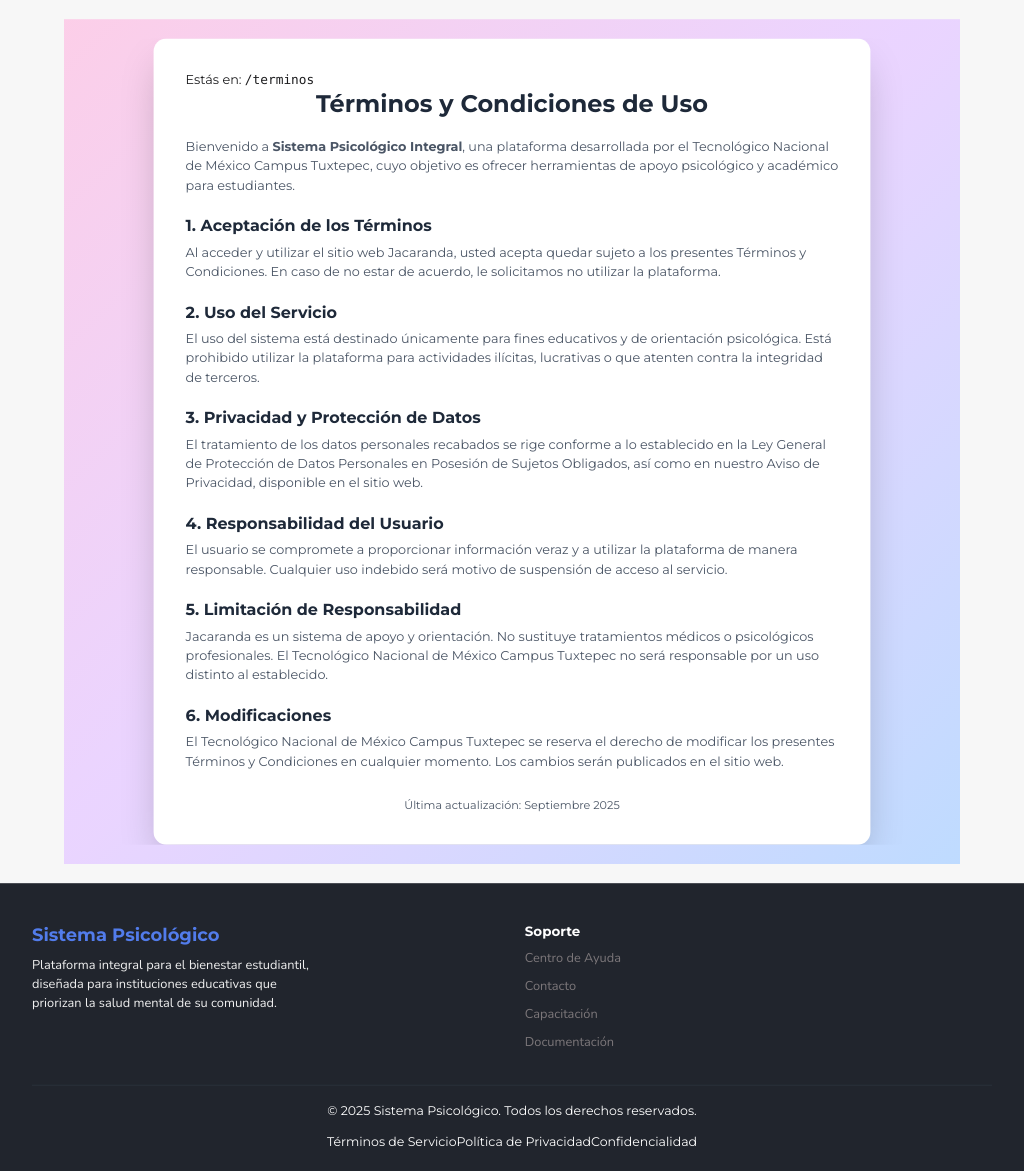
Repository: moon1710/SistemaPsico
Page: /terminos (app in client/)
The author's editor kept a copy of each file at every save. The page is drawn from the files as they stood at one save, then again after the next save.
The browser window is 1280 px wide. The pictures show the whole page, at 80% of full size.
The project was rebuilt for these pictures with package versions that can differ from the ones it lists, and the page was loaded fresh each time. Also part of the build but not shown: client/vite.config.js, client/src/components/onboarding/onboardingConfig.js, client/src/components/onboarding/TutorialSteps.jsx, client/src/components/onboarding/WelcomeForm.jsx, client/src/components/onboarding/OnboardingModal.jsx, client/src/components/layout/AdaptiveSidebar/sidebarConfig.jsx, client/src/components/layout/AdaptiveSidebar/MenuItem.jsx, client/src/components/layout/AdaptiveSidebar/SidebarHeader.jsx and 40 more.

Above is the page before, as saved 2025-09-22 15:33:08.

### client/index.html
<!doctype html>
<html lang="en">
  <head>
    <meta charset="UTF-8" />
    <link rel="icon" type="image/svg+xml" href="/idea.png" />
    <meta name="viewport" content="width=device-width, initial-scale=1.0" />
    <title>Sistema Psicológico</title>
  </head>
  <body>
    <div id="root"></div>
    <script type="module" src="/src/main.jsx"></script>
  </body>
</html>

### client/src/App.jsx
import React from "react";
import { Routes, Route } from "react-router-dom";
import { useAuth } from "./contexts/AuthContext";

// Importar el provider y componentes del onboarding
import { OnboardingProvider } from "./contexts/OnboardingContext";
import OnboardingModal from "./components/onboarding/OnboardingModal";

import Layout from "./components/layout/Layout";
import PublicLayout from "./components/layout/PublicLayout";

import ProtectedRoute, {
  PublicOnlyRoute,
  PsychologyStaffRoute,
} from "./components/auth/ProtectedRoute";

import LandingPage from "./pages/LandingPage";
import LoginPage from "./pages/LoginPage";
import DashboardPage from "./pages/DashboardPage";

//Paginas de Info
import AboutUsPage from "./pages/AboutUsPage";
import HelpPage from "./pages/HelpPage";
import DocsPage from "./pages/DocsPage";
import TerminosPage from "./pages/TerminosPage";
import PrivacidadPage from "./pages/PrivacidadPage";
import ConfidencialidadPage from "./pages/ConfidencialidadPage";

//QuizzesPages
import PublicQuizzesPage from "./pages/quizzes/PublicQuizzesPage";
import TakeQuizPage from "./pages/quizzes/TakeQuizPage";
import MyResultsPage from "./pages/quizzes/MyResultsPage";
import AdminResultsPage from "./pages/quizzes/AdminResultsPage";
import AnalyticsPage from "./pages/quizzes/AnalyticsPage";

//AppointmentPages
import BookAppointmentPage from "./pages/citas/BookAppointmentPage";
import AgendaPage from "./pages/citas/AgendaPage";
import AvailabilityPage from "./pages/citas/AvailabilityPage";
import AppointmentDetailPage from "./pages/citas/AppointmentDetailPage";
import AdminAppointmentsPage from "./pages/citas/AdminAppointmentsPage";

import { ROUTES } from "./utils/constants";
import "./App.css";

function App() {
  const { isLoading } = useAuth();

  if (isLoading) {
    return (
      <div className="min-h-screen flex items-center justify-center bg-gray-50">
        <div className="text-center">
          <div className="animate-spin rounded-full h-12 w-12 border-b-2 border-blue-600 mx-auto mb-4"></div>
          <p className="text-gray-600">Cargando aplicación...</p>
        </div>
      </div>
    );
  }

  return (
    <OnboardingProvider>
      {/* Modal de Onboarding - Se mostrará automáticamente cuando sea la primera vez */}
      <OnboardingModal />
      <Routes>
      {/* Públicas solo para NO autenticados */}
      <Route
        path="/"
        element={
          <PublicOnlyRoute>
            <LandingPage />
          </PublicOnlyRoute>
        }
      />
      <Route
        path={ROUTES.LOGIN}
        element={
          <PublicOnlyRoute>
            <LoginPage />
          </PublicOnlyRoute>
        }
      />

      {/* Públicas ABIERTAS */}
      <Route
        path={ROUTES.ABOUTUS}
        element={
          <PublicLayout>
            <AboutUsPage />
          </PublicLayout>
        }
      />
      <Route
        path={ROUTES.HELP}
        element={
          <PublicLayout>
            <HelpPage />
          </PublicLayout>
        }
      />
      <Route
        path={ROUTES.TERMINOS}
        element={
          <PublicLayout>
            <TerminosPage />
          </PublicLayout>
        }
      />
      <Route
        path={ROUTES.PRIVACIDAD}
        element={
          <PublicLayout>
            <PrivacidadPage />
          </PublicLayout>
        }
      />
      <Route
        path={ROUTES.DOCUMENTACION}
        element={
          <PublicLayout>
            <DocsPage />
          </PublicLayout>
        }
      />
      <Route
        path={ROUTES.CONFINDENCIALIDAD}
        element={
          <PublicLayout>
            <ConfidencialidadPage />
          </PublicLayout>
        }
      />
      {/* Alias opcional correcto */}
      <Route
        path={ROUTES.CONFIDENCIALIDAD_ALIAS}
        element={
          <PublicLayout>
            <ConfidencialidadPage />
          </PublicLayout>
        }
      />

      {/* Quizzes (protegidas) */}
      <Route
        path={ROUTES.QUIZ_CONTESTAR}
        element={
          <ProtectedRoute>
            <Layout>
              <PublicQuizzesPage />
            </Layout>
          </ProtectedRoute>
        }
      />
      <Route
        path={ROUTES.QUIZ_CONTESTAR_DETALLE}
        element={
          <ProtectedRoute>
            <Layout>
              <TakeQuizPage />
            </Layout>
          </ProtectedRoute>
        }
      />
      <Route
        path={ROUTES.MIS_RESULTADOS}
        element={
          <ProtectedRoute>
            <Layout>
              <MyResultsPage />
            </Layout>
          </ProtectedRoute>
        }
      />
      <Route
        path={ROUTES.QUIZ_RESULTADOS_ADMIN}
        element={
          <ProtectedRoute requiredRoles={['PSICOLOGO', 'ORIENTADOR', 'ADMIN_INSTITUCION', 'SUPER_ADMIN_INSTITUCION', 'SUPER_ADMIN_NACIONAL']}>
            <Layout>
              <AdminResultsPage />
            </Layout>
          </ProtectedRoute>
        }
      />
      <Route
        path={ROUTES.QUIZ_ANALYTICS_ADMIN}
        element={
          <ProtectedRoute requiredRoles={['PSICOLOGO', 'ORIENTADOR', 'ADMIN_INSTITUCION', 'SUPER_ADMIN_INSTITUCION', 'SUPER_ADMIN_NACIONAL']}>
            <Layout>
              <AnalyticsPage />
            </Layout>
          </ProtectedRoute>
        }
      />

      {/* Appointment Routes */}
      {/* Student - Book Appointment */}
      <Route
        path={ROUTES.AGENDAR_CITA}
        element={
          <ProtectedRoute requiredRoles={['ESTUDIANTE']}>
            <Layout>
              <BookAppointmentPage />
            </Layout>
          </ProtectedRoute>
        }
      />

      {/* Appointment Detail - Accessible by students and psychologists */}
      <Route
        path={ROUTES.CITA_DETALLE}
        element={
          <ProtectedRoute requiredRoles={['ESTUDIANTE', 'PSICOLOGO']}>
            <Layout>
              <AppointmentDetailPage />
            </Layout>
          </ProtectedRoute>
        }
      />

      {/* Psychologist - Agenda */}
      <Route
        path={ROUTES.AGENDA}
        element={
          <ProtectedRoute requiredRoles={['PSICOLOGO']}>
            <Layout>
              <AgendaPage />
            </Layout>
          </ProtectedRoute>
        }
      />

      {/* Psychologist - Availability Configuration */}
      <Route
        path={ROUTES.DISPONIBILIDAD}
        element={
          <ProtectedRoute requiredRoles={['PSICOLOGO']}>
            <Layout>
              <AvailabilityPage />
            </Layout>
          </ProtectedRoute>
        }
      />

      {/* Admin - Appointments Management */}
      <Route
        path={ROUTES.CITAS_ADMIN}
        element={
          <ProtectedRoute requiredRoles={['ADMIN_INSTITUCION', 'SUPER_ADMIN_INSTITUCION', 'SUPER_ADMIN_NACIONAL']}>
            <Layout>
              <AdminAppointmentsPage />
            </Layout>
          </ProtectedRoute>
        }
      />

      {/* Protegidas */}
      <Route
        path={ROUTES.DASHBOARD}
        element={
          <ProtectedRoute>
            <Layout>
              <DashboardPage />
            </Layout>
          </ProtectedRoute>
        }
      />
      </Routes>
    </OnboardingProvider>
  );
}

export default App;

### client/src/contexts/OnboardingContext.jsx
// client/src/contexts/OnboardingContext.jsx
import React, { createContext, useContext, useState, useEffect } from "react";
import { useAuth } from "./AuthContext";

const OnboardingContext = createContext();

export const useOnboarding = () => {
  const context = useContext(OnboardingContext);
  if (!context) {
    throw new Error("useOnboarding debe usarse dentro de OnboardingProvider");
  }
  return context;
};

export const OnboardingProvider = ({ children }) => {
  const { user, setUser } = useAuth();
  const [isFirstTime, setIsFirstTime] = useState(false);
  const [showOnboarding, setShowOnboarding] = useState(false);
  const [currentStep, setCurrentStep] = useState(0);
  const [onboardingCompleted, setOnboardingCompleted] = useState(false);

  // Clave para localStorage basada en el usuario
  const getStorageKey = () => {
    return user?.id ? `onboarding_completed_${user.id}` : null;
  };

  // Verificar si es primera vez del usuario
  useEffect(() => {
    if (user?.id) {
      // PRIORIDAD TOTAL al campo perfilCompletado de la BD
      const profileCompleted = user.perfilCompletado === 1 || user.perfilCompletado === true;

      console.log('🔍 [OnboardingContext] Verificando estado:', {
        userId: user.id,
        perfilCompletado: user.perfilCompletado,
        profileCompleted,
        shouldShowModal: !profileCompleted
      });

      if (!profileCompleted) {
        // Perfil NO completado -> mostrar modal
        setIsFirstTime(true);
        setShowOnboarding(true);
        setOnboardingCompleted(false);
        console.log('📝 [OnboardingContext] Mostrando modal de onboarding');
      } else {
        // Perfil completado -> no mostrar modal
        setIsFirstTime(false);
        setShowOnboarding(false);
        setOnboardingCompleted(true);
        console.log('✅ [OnboardingContext] Perfil ya completado, ocultando modal');
      }
    }
  }, [user?.id, user?.perfilCompletado]);

  // Refrescar datos del usuario desde el servidor
  const refreshUserProfile = async () => {
    try {
      const token = localStorage.getItem('auth_token');
      if (!token) return;

      const response = await fetch('/api/auth/profile', {
        method: 'GET',
        headers: {
          'Authorization': `Bearer ${token}`,
          'Content-Type': 'application/json',
        },
        credentials: 'include',
      });

      if (response.ok) {
        const result = await response.json();
        if (result.success && result.data?.user) {
          const freshUser = result.data.user;
          setUser(freshUser);
          console.log('🔄 [OnboardingContext] Usuario refrescado desde servidor:', freshUser);

          // También actualizar localStorage
          localStorage.setItem('user_data', JSON.stringify(freshUser));
          return freshUser;
        }
      }
    } catch (error) {
      console.error('❌ [OnboardingContext] Error refrescando usuario:', error);
    }
    return null;
  };

  // Marcar onboarding como completado
  const completeOnboarding = async () => {
    if (user?.id) {
      const storageKey = getStorageKey();
      localStorage.setItem(storageKey, "true");
      setOnboardingCompleted(true);
      setShowOnboarding(false);
      setIsFirstTime(false);

      // IMPORTANTE: Obtener datos frescos del servidor en lugar de solo actualizar localmente
      console.log('🔄 [OnboardingContext] Refrescando datos del usuario desde servidor...');
      const freshUser = await refreshUserProfile();

      if (freshUser) {
        console.log('✅ [OnboardingContext] Usuario actualizado con datos frescos');
      } else {
        // Fallback: actualizar localmente si falla la petición
        const updatedUser = {
          ...user,
          perfilCompletado: 1
        };
        setUser(updatedUser);
        console.log('⚠️ [OnboardingContext] Fallback: Usuario actualizado localmente');
      }
    }
  };

  // Reiniciar onboarding (para testing o reactivar)
  const resetOnboarding = () => {
    if (user?.id) {
      const storageKey = getStorageKey();
      localStorage.removeItem(storageKey);
      setOnboardingCompleted(false);
      setIsFirstTime(true);
      setShowOnboarding(true);
      setCurrentStep(0);
    }
  };

  // Navegar entre pasos
  const nextStep = () => {
    setCurrentStep((prev) => prev + 1);
  };

  const prevStep = () => {
    setCurrentStep((prev) => Math.max(0, prev - 1));
  };

  const goToStep = (step) => {
    setCurrentStep(step);
  };

  // Cerrar onboarding sin completar
  const closeOnboarding = () => {
    setShowOnboarding(false);
  };

  const value = {
    isFirstTime,
    showOnboarding,
    currentStep,
    onboardingCompleted,
    completeOnboarding,
    resetOnboarding,
    nextStep,
    prevStep,
    goToStep,
    closeOnboarding,
    user,
  };

  return (
    <OnboardingContext.Provider value={value}>
      {children}
    </OnboardingContext.Provider>
  );
};

### client/src/components/layout/PublicLayout.jsx
// components/layout/PublicLayout.jsx
import Footer from "./Footer";

export default function PublicLayout({ children }) {
  return (
    <div className="min-h-screen bg-[#f7f7f7] text-[#1d1d1f]">
      <main className="max-w-6xl mx-auto px-4 py-6">{children}</main>
      <Footer />
    </div>
  );
}

### client/src/pages/TerminosPage.jsx
// src/pages/TerminosPage.jsx
import { useLocation } from "react-router-dom";

export default function TerminosPage() {
  const { pathname } = useLocation();

  return (

      <div className="min-h-screen flex items-center justify-center bg-gradient-to-br from-pink-200 via-purple-200 to-blue-200 p-6">
        <section className="hero-section">
      <div className="bg-white shadow-2xl rounded-2xl max-w-4xl w-full p-10 overflow-y-auto">
        Estás en: <code>{pathname}</code>
        <h1 className="text-3xl font-bold text-center text-gray-800 mb-6">
          Términos y Condiciones de Uso
        </h1>

        <p className="text-gray-600 mb-4">
          Bienvenido a <strong>Sistema Psicológico Integral</strong>, una plataforma desarrollada
          por el Tecnológico Nacional de México Campus Tuxtepec, cuyo objetivo
          es ofrecer herramientas de apoyo psicológico y académico para
          estudiantes.
        </p>

        <h2 className="text-xl font-semibold text-gray-800 mt-6 mb-2">
          1. Aceptación de los Términos
        </h2>
        <p className="text-gray-600 mb-4">
          Al acceder y utilizar el sitio web Jacaranda, usted acepta quedar
          sujeto a los presentes Términos y Condiciones. En caso de no estar de
          acuerdo, le solicitamos no utilizar la plataforma.
        </p>

        <h2 className="text-xl font-semibold text-gray-800 mt-6 mb-2">
          2. Uso del Servicio
        </h2>
        <p className="text-gray-600 mb-4">
          El uso del sistema está destinado únicamente para fines educativos y
          de orientación psicológica. Está prohibido utilizar la plataforma para
          actividades ilícitas, lucrativas o que atenten contra la integridad de
          terceros.
        </p>

        <h2 className="text-xl font-semibold text-gray-800 mt-6 mb-2">
          3. Privacidad y Protección de Datos
        </h2>
        <p className="text-gray-600 mb-4">
          El tratamiento de los datos personales recabados se rige conforme a
          lo establecido en la Ley General de Protección de Datos Personales en
          Posesión de Sujetos Obligados, así como en nuestro Aviso de
          Privacidad, disponible en el sitio web.
        </p>

        <h2 className="text-xl font-semibold text-gray-800 mt-6 mb-2">
          4. Responsabilidad del Usuario
        </h2>
        <p className="text-gray-600 mb-4">
          El usuario se compromete a proporcionar información veraz y a utilizar
          la plataforma de manera responsable. Cualquier uso indebido será
          motivo de suspensión de acceso al servicio.
        </p>

        <h2 className="text-xl font-semibold text-gray-800 mt-6 mb-2">
          5. Limitación de Responsabilidad
        </h2>
        <p className="text-gray-600 mb-4">
          Jacaranda es un sistema de apoyo y orientación. No sustituye
          tratamientos médicos o psicológicos profesionales. El Tecnológico
          Nacional de México Campus Tuxtepec no será responsable por un uso
          distinto al establecido.
        </p>

        <h2 className="text-xl font-semibold text-gray-800 mt-6 mb-2">
          6. Modificaciones
        </h2>
        <p className="text-gray-600 mb-4">
          El Tecnológico Nacional de México Campus Tuxtepec se reserva el
          derecho de modificar los presentes Términos y Condiciones en cualquier
          momento. Los cambios serán publicados en el sitio web.
        </p>

        <p className="text-gray-600 mt-8 text-sm text-center">
          Última actualización: Septiembre 2025
        </p>
      </div>
      </section>
    </div>
  );
}

### client/src/components/layout/Footer.jsx
import { Link } from "react-router-dom";
import { ROUTES } from "../../utils/constants";

export default function Footer() {
  return (
    <footer className="footer">
      <div className="footer-inner">
        <div className="footer-main">
          <div>
            <h3 className="footer-title">Sistema Psicológico</h3>
            <p className="footer-desc">
              Plataforma integral para el bienestar estudiantil, diseñada para
              instituciones educativas que priorizan la salud mental de su
              comunidad.
            </p>
          </div>

          <div>
            <h4
              className="footer-title"
              style={{ color: "#fff", fontWeight: 600, fontSize: "1.05rem" }}
            >
              Soporte
            </h4>
            <ul className="footer-links">
              <li>
                <Link to={ROUTES.HELP}>Centro de Ayuda</Link>
              </li>
              <li>
                <Link to={ROUTES.ABOUTUS}>Contacto</Link>
              </li>
              <li>
                <Link to={ROUTES.DOCUMENTACION}>Capacitación</Link>
              </li>
              <li>
                <Link to={ROUTES.DOCUMENTACION}>Documentación</Link>
              </li>
            </ul>
          </div>
        </div>

        <div className="footer-bottom">
          <p>
            © {new Date().getFullYear()} Sistema Psicológico. Todos los derechos
            reservados.
          </p>
          <div className="footer-bottom-links">
            <Link to={ROUTES.TERMINOS}>Términos de Servicio</Link>
            <Link to={ROUTES.PRIVACIDAD}>Política de Privacidad</Link>
            <Link to={ROUTES.CONFINDENCIALIDAD}>Confidencialidad</Link>
          </div>
        </div>
      </div>
    </footer>
  );
}

Loaded but not shown: client/src/main.jsx (common file); client/src/App.css (common file); client/src/utils/constants.js (213 lines, source omitted); client/src/services/authService.js (219 lines, source omitted); client/src/utils/roles.js (38 lines, source omitted); client/src/index.css (441 lines, source omitted); client/src/contexts/AuthContext.jsx (292 lines, source omitted)

After the next save:
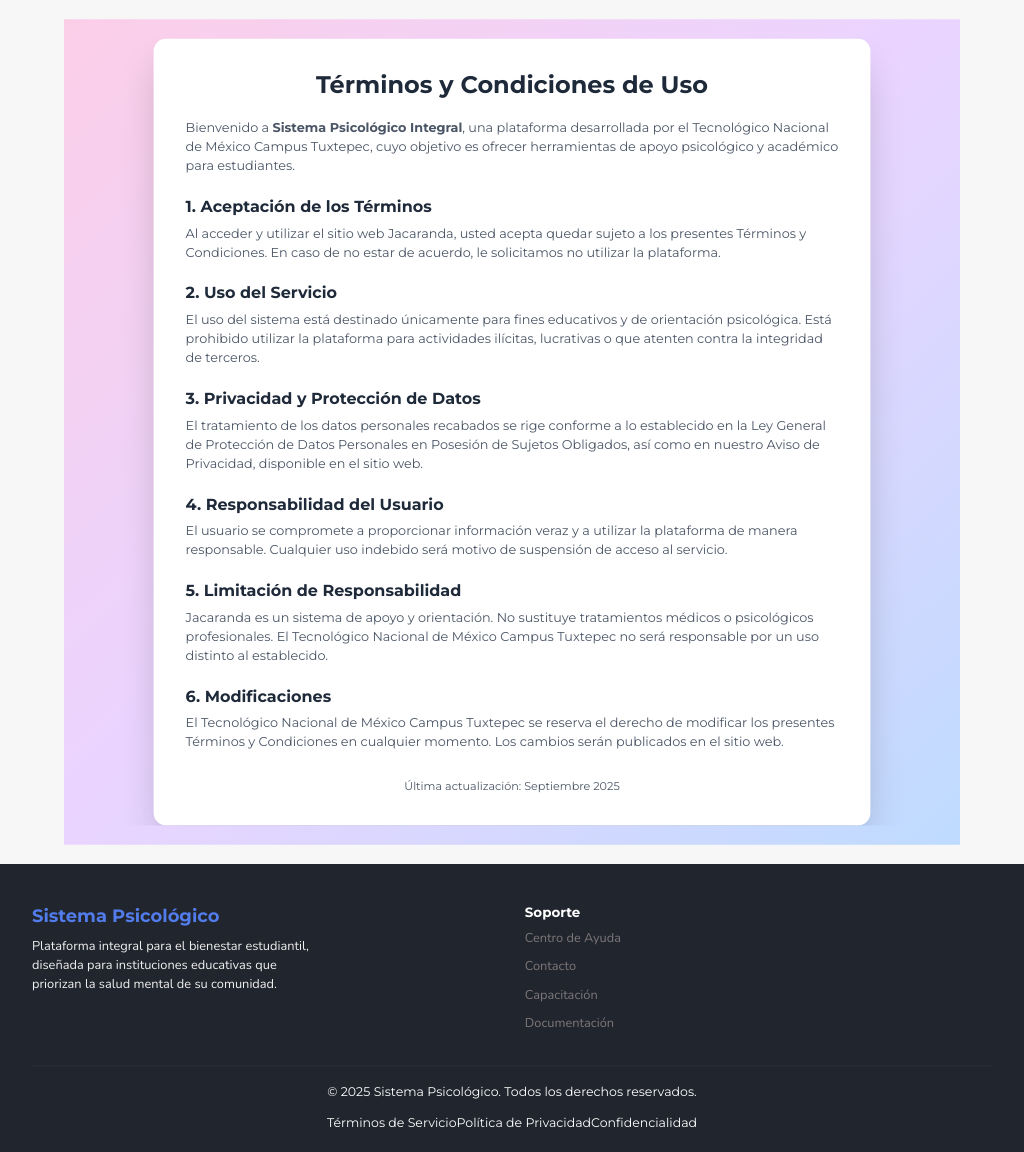
Saved 74 s later.
--- a/client/src/pages/TerminosPage.jsx
+++ b/client/src/pages/TerminosPage.jsx
@@ -1,15 +1,14 @@
 // src/pages/TerminosPage.jsx
-import { useLocation } from "react-router-dom";
+
 
 export default function TerminosPage() {
-  const { pathname } = useLocation();
+
 
   return (
 
       <div className="min-h-screen flex items-center justify-center bg-gradient-to-br from-pink-200 via-purple-200 to-blue-200 p-6">
         <section className="hero-section">
       <div className="bg-white shadow-2xl rounded-2xl max-w-4xl w-full p-10 overflow-y-auto">
-        Estás en: <code>{pathname}</code>
         <h1 className="text-3xl font-bold text-center text-gray-800 mb-6">
           Términos y Condiciones de Uso
         </h1>
@@ -20,7 +19,6 @@ export default function TerminosPage() {
           es ofrecer herramientas de apoyo psicológico y académico para
           estudiantes.
         </p>
-
         <h2 className="text-xl font-semibold text-gray-800 mt-6 mb-2">
           1. Aceptación de los Términos
         </h2>
